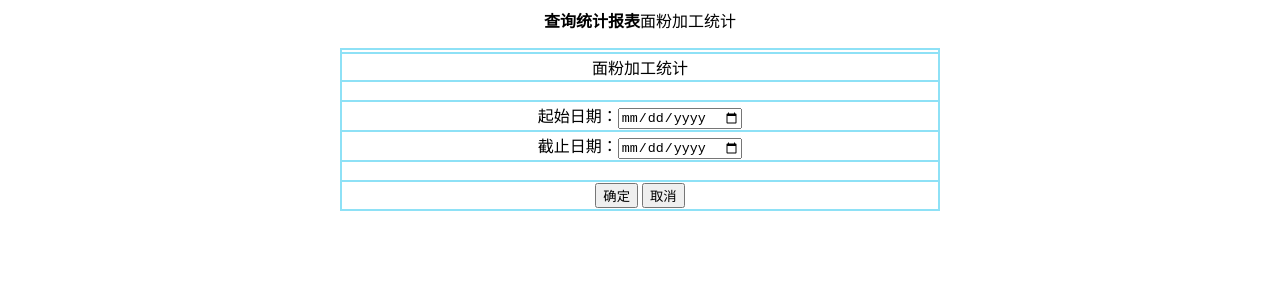
Repository: yuxingyan/OneCrewFlour
Page: http://localhost/Flour/inquireprocess.jsp
The author's editor kept a copy of each file at every save. The page is drawn from the files as they stood at one save, then again after the next save.
The browser window is 1280 px wide. The pictures show the whole page.
The page is served by Tomcat 9. Nobody is signed in. The application's start-up code is not run. Other server files are loaded and not shown.

Above is the page before, as saved 2018-01-11 07:11:01.

### Flour/WebRoot/inquireprocess.jsp
<%@ page language="java" import="java.util.*" pageEncoding="utf-8"%>
<%
String path = request.getContextPath();
String basePath = request.getScheme()+"://"+request.getServerName()+":"+request.getServerPort()+path+"/";
%>

<!DOCTYPE HTML PUBLIC "-//W3C//DTD HTML 4.01 Transitional//EN">
<html>
  <head>
    <base href="<%=basePath%>">

    <title>My JSP 'inquireprocess.jsp' starting page</title>

	<meta http-equiv="pragma" content="no-cache">
	<meta http-equiv="cache-control" content="no-cache">
	<meta http-equiv="expires" content="0">
	<meta http-equiv="keywords" content="keyword1,keyword2,keyword3">
	<meta http-equiv="description" content="This is my page">
	<!--
	<link rel="stylesheet" type="text/css" href="styles.css">
	-->
	<script language="javascript" type="text/javascript">
 function Check(){

   var n1=document.getElementById("date1").value;
   var n2=document.getElementById("date2").value;

      var erroring="";

      if(n1==""||n1==null){
        erroring+="请输入起始日期!"+'\n';
  }
 if(n2==""||n2==null){
     erroring+="请输入截止日期!"+'\n';
  }

  if(erroring.length!=0){
  alert(erroring);
  return false;


  }else{

     document.form1.submit();

  }
}
</script>
  </head>

  <body>
    <center>
     <form  name="form1" id="form1" action="inquireprocess" method="post">
    <p><b>查询统计报表</b>面粉加工统计</p>
     <table border="1" width="600" cellspacing="0" bordercolor="#8EE1F6">
    <tr><td colspan="10" ></td></tr>
    <tr height="20px"><td align="center" colspan="4" >面粉加工统计</td></tr>
    <tr height="20px"><td align="center" colspan="4" ></td></tr>
    <tr height="20px"><td align="center" colspan="4" >起始日期：<input type="date" name="startdate" id="date1"/></td>
    </tr>
    <tr height="20px"><td align="center" colspan="4" >截止日期：<input type="date" name="endstart" id="date2"/></td>
    </tr>
    <tr height="20px"><td align="center" colspan="4" ></td></tr>
    <tr><td align="center" colspan="10" >
      <input type="button" value="确定" onclick="Check();">
      <button type="button">取消</button>
    </td>
    </tr>
    </table>
    </form>
    </center>
  </body>
</html>

After the next save:
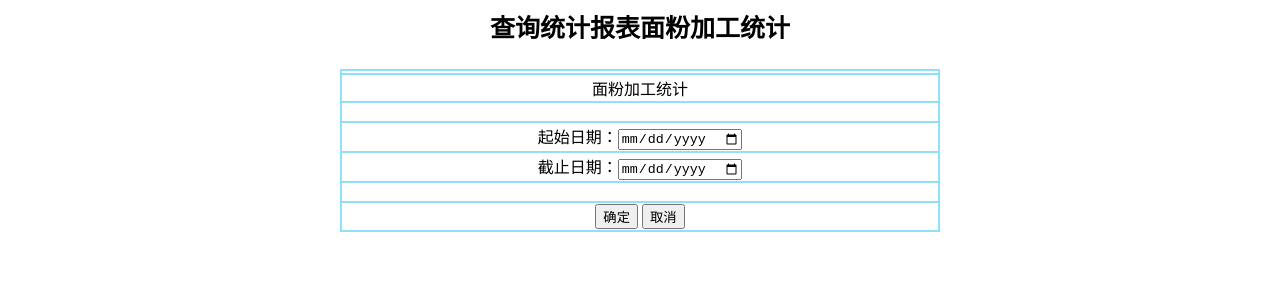
Saved 6 s later.
--- a/Flour/WebRoot/inquireprocess.jsp
+++ b/Flour/WebRoot/inquireprocess.jsp
@@ -51,7 +51,7 @@ String basePath = request.getScheme()+"://"+request.getServerName()+":"+request.
   <body>
     <center>
      <form  name="form1" id="form1" action="inquireprocess" method="post">
-    <p><b>查询统计报表</b>面粉加工统计</p>
+    <strong style="font-size:25px">查询统计报表</b>面粉加工统计</p>
      <table border="1" width="600" cellspacing="0" bordercolor="#8EE1F6">
     <tr><td colspan="10" ></td></tr>
     <tr height="20px"><td align="center" colspan="4" >面粉加工统计</td></tr>
